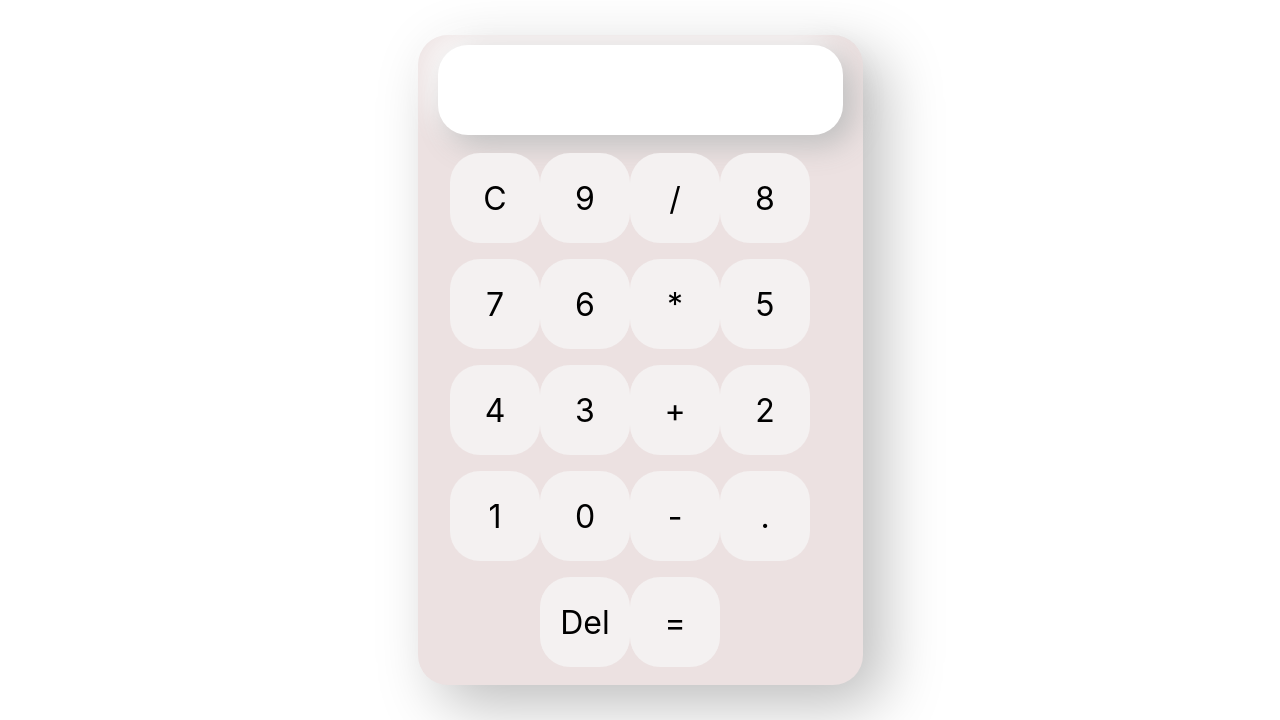
Repository: janidulnkg1/react-prac
Page: / (app in calculator/)
These files come from the project's save history. The page is drawn as it stood at one moment and after the next save; the edit follows.
The browser window is 1280 px wide. The pictures show the whole page.
The project was rebuilt for these pictures with package versions that can differ from the ones it lists, and the page was loaded fresh each time. Also part of the build but not shown: calculator/src/App.css.

Above is the page before, as saved 2023-09-15 11:08:42.

### calculator/src/App.js
import logo from './logo.svg';
import './App.css';
import Home from './components/Home';

function App() {
  return (
    <>
    <Home/>
    </>
  );
}

export default App;

### calculator/src/components/Home.js
import React from 'react'
import classes from "./Home.module.css"
import Button from './Button'


function Home() {

const buttons = ["C","9","/","8","7","6","*","5","4","3","+","2","1","0","-",".","Del","="]






  return (
    <div className={classes.home}>
      <div className={classes.inner}>
        <div className={classes.result}>
          <div className={classes.resbox}>
            </div>
        </div>
      <div className={classes.btns}>
        {buttons.map((ele,index)=> {return <Button value={ele} key={index}/>})}
      </div>
      </div>
    </div>
  )
}

export default Home

### calculator/src/components/Home.module.css
*{
    padding: 0;
     margin: 0;
     box-sizing: border-box;
}

.home{
    height: 100vh;
    width: 100vw;
    display: flex;
    justify-content: center;
    align-items: center;
}

.inner{
    height: 650px;
    width: 445px;
    border-radius: 30px;
    background-color: #ece1e1;
    box-shadow: 20px 20px 60px #bebebe,
     -20px -20px 60px #ffffff;
}

.result{
    font-size: 2rem;
    width: 405px;
    height: 90px;
    scrollbar-width: none;
    margin: auto;
    margin-top: 10px;
    margin-bottom: 10px;
    border-radius: 30px;
    background: white;
    box-shadow: 10px 10px 30px #bebebe,
    -10px -10px 30px #ffffff;
}

.resbox{
    width: 390px;
    height: min-content;
    overflow-y: auto;
    padding-left: 10px;
    padding-right: 10px;
    text-align: right;
}

.btns{
    height: 530px;
    width: 425px;
    display: flex;
    flex-flow: row wrap;
    justify-content: center;
    align-items:center;
    border-radius:20px;
}

### calculator/src/components/Button.js
import React from 'react'
import classes from "./Button.module.css"

function Button({value}) {
  return (
    <div className={classes.calcBtns}>
        {value}
    </div>
  )
}

export default Button

### calculator/src/components/Button.module.css
.calcBtns{
    height: 90px;
    width: 90px;
    font-size: 2rem;
    display: flex;
    justify-content: center;
    align-items:center;
    border-radius:30px;
    background-color: #f4f1f1;
    user-select: none;
}

Loaded but not shown: calculator/public/index.html (common file); calculator/src/index.js (common file); calculator/src/index.css (common file); calculator/src/reportWebVitals.js (common file)

After the next save:
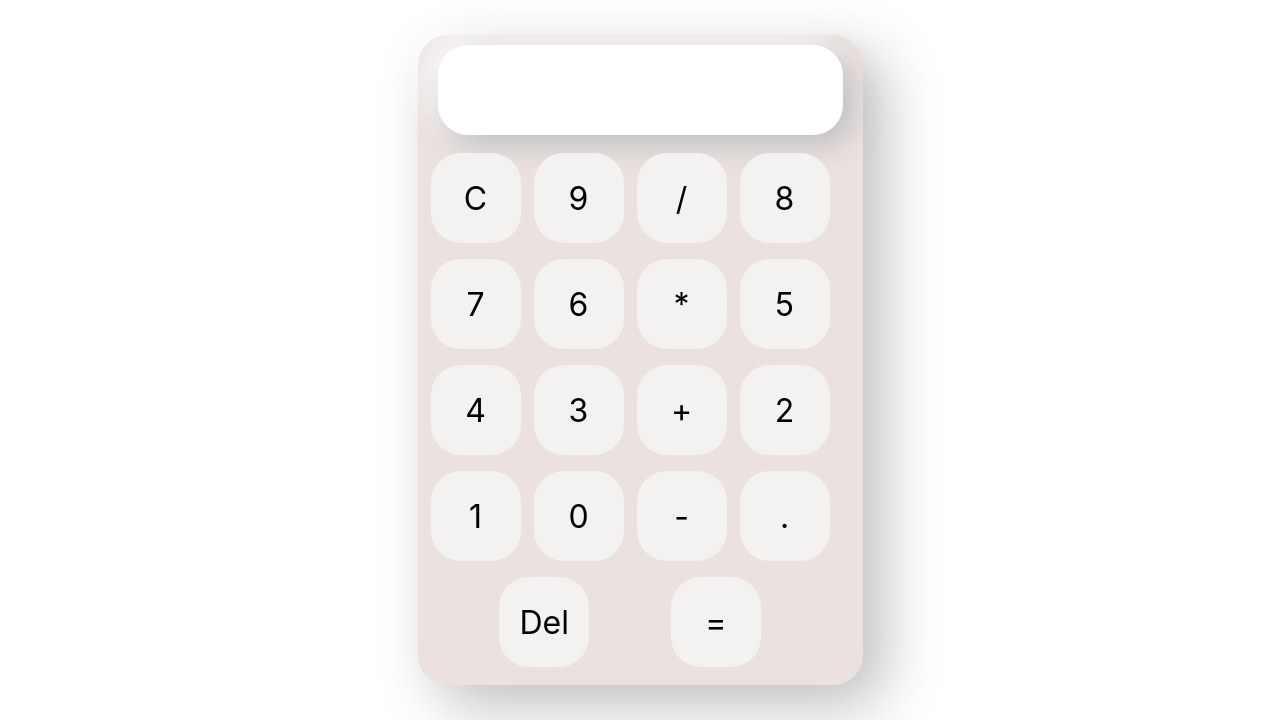
Saved 21 s later.
--- a/calculator/src/components/Home.module.css
+++ b/calculator/src/components/Home.module.css
@@ -49,7 +49,7 @@
     width: 425px;
     display: flex;
     flex-flow: row wrap;
-    justify-content: center;
+    justify-content: space-evenly;
     align-items:center;
     border-radius:20px;
 }
